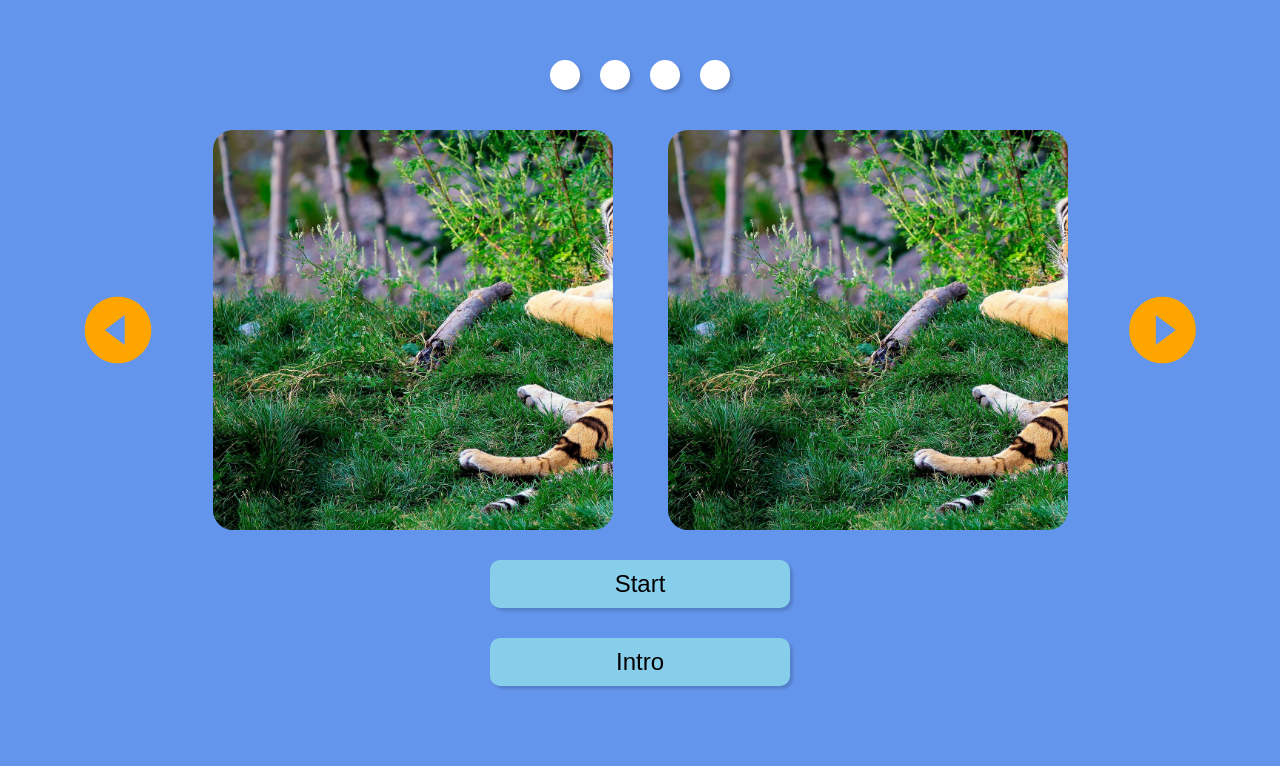
Repository: sylviaah/dynamicmidterm
Page: slider/slider.html
An editor plug-in stored every save of this project. The page is shown before and after the next save, followed by the edit.
The browser window is 1280 px wide. The pictures show the whole page.

Above is the page before, as saved 2020-03-13 13:07:38.

### slider/slider.html
<!DOCTYPE html>
<html>
    <html>
        <title>Slider</title>
        <link rel="stylesheet" href="slider.css">
        <link href="https://fonts.googleapis.com/icon?family=Material+Icons" rel="stylesheet">
    </html>
    <body>
        <div class="slider">
            <div class="slider_progress">
                <div class="progress 25"></div>
                <div class="progress 50"></div>
                <div class="progress 75"></div>
                <div class="progress 100"></div>
            </div>
            <div class="slider_slider">
                <i class="material-icons arrow_left" onclick="previous()">play_circle_filled</i>
                <div class="image_div img1">
                    <img class="instructions_image" src="imgs/img1.jpg" alt="">
                </div>
                <div class="image_div img2">
                    <img class="instructions_image" src="imgs/img1.jpg" alt="">
                </div>
                <i class="material-icons arrow_right" onclick="next()">play_circle_filled</i>
            </div>
            <div class="slider_menu">
                <div class="menu_start">Start</div>
                <div class="menu_intro">Intro</div>
            </div>
        </div>
        <script src="slider.js"></script>
    </body>
</html>

### slider/slider.css
body,html {
    margin: 0;
    background-color: cornflowerblue;
}

.slider{
    padding: 50px;
    display: flex;
    flex-direction: column;
    align-items: center;
}

.slider_progress{
    display: flex;
    margin-bottom: 30px;
}

.slider_progress div{
    width: 30px;
    height: 30px;
    margin: 10px;
    background-color: white;
    border-radius: 50%;
    box-shadow: 3px 3px 3px rgb(0, 0, 0, 0.15);
}

.slider_slider{
    display: flex;
    width: 100%;
    align-items: center;
    justify-content: space-around;
}

.material-icons.arrow_left {
    /* visibility: hidden; */
    transform: rotate(180deg);
    font-size: 80px;
    color: orange;
}

.material-icons.arrow_right {
    visibility: visible;
    color: orange;
    font-size: 80px;
}

.image_div{
    width: 400px;
    height: 400px;
    overflow: hidden;
    border-radius: 20px;
}

.image_div img{
    object-fit: cover;
    height: 400px;
}

.menu_start, .menu_intro{
    display: flex;
    width: 100px;
    margin: 30px;
    justify-content: center;
    border-radius: 10px;
    padding: 10px 100px;
    background-color:skyblue;
    font-size: 18pt;
    font-family: Arial, Helvetica, sans-serif;
    box-shadow: 3px 3px 3px rgb(0, 0, 0, 0.15);
}

Loaded but not shown: slider/slider.js (no copy from this time; the picture is the same without it)

After the next save:
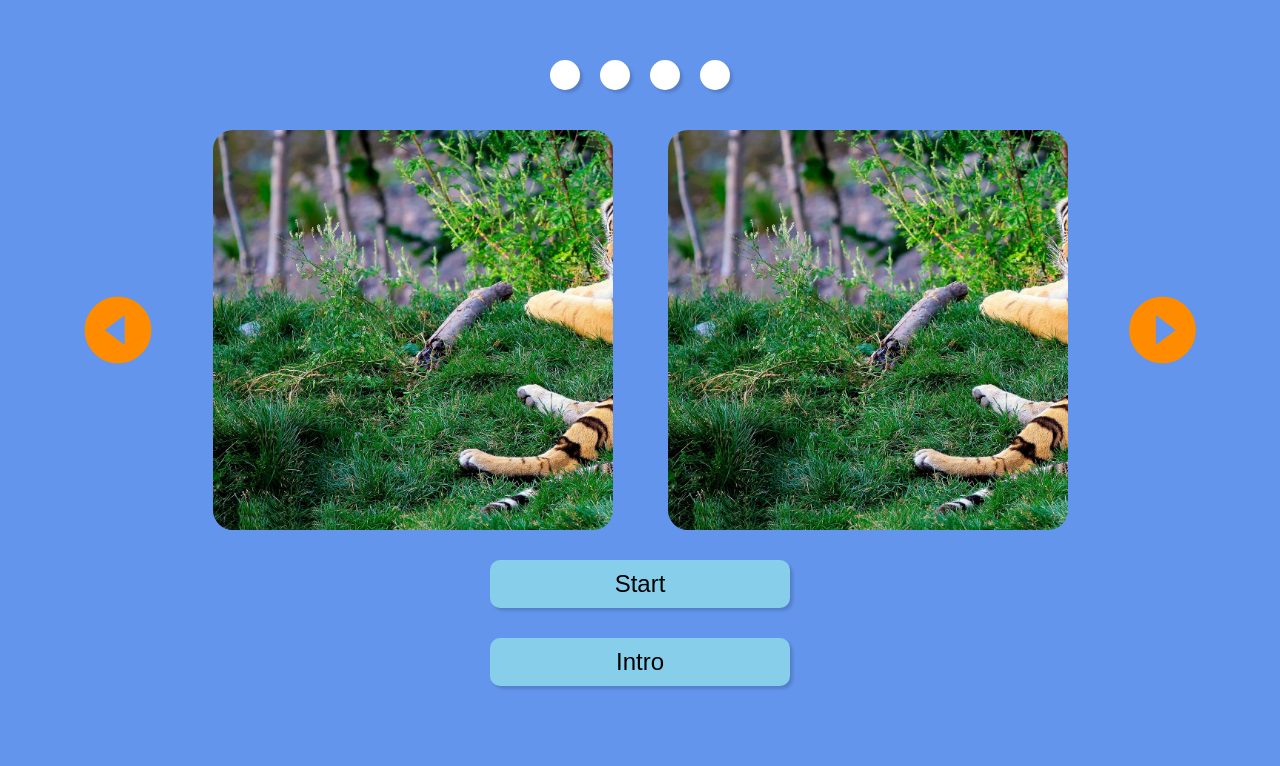
Saved 18 s later.
--- a/slider/slider.css
+++ b/slider/slider.css
@@ -35,12 +35,12 @@
     /* visibility: hidden; */
     transform: rotate(180deg);
     font-size: 80px;
-    color: orange;
+    color: darkorange;
 }
 
 .material-icons.arrow_right {
     visibility: visible;
-    color: orange;
+    color: darkorange;
     font-size: 80px;
 }
 

After the save that followed:
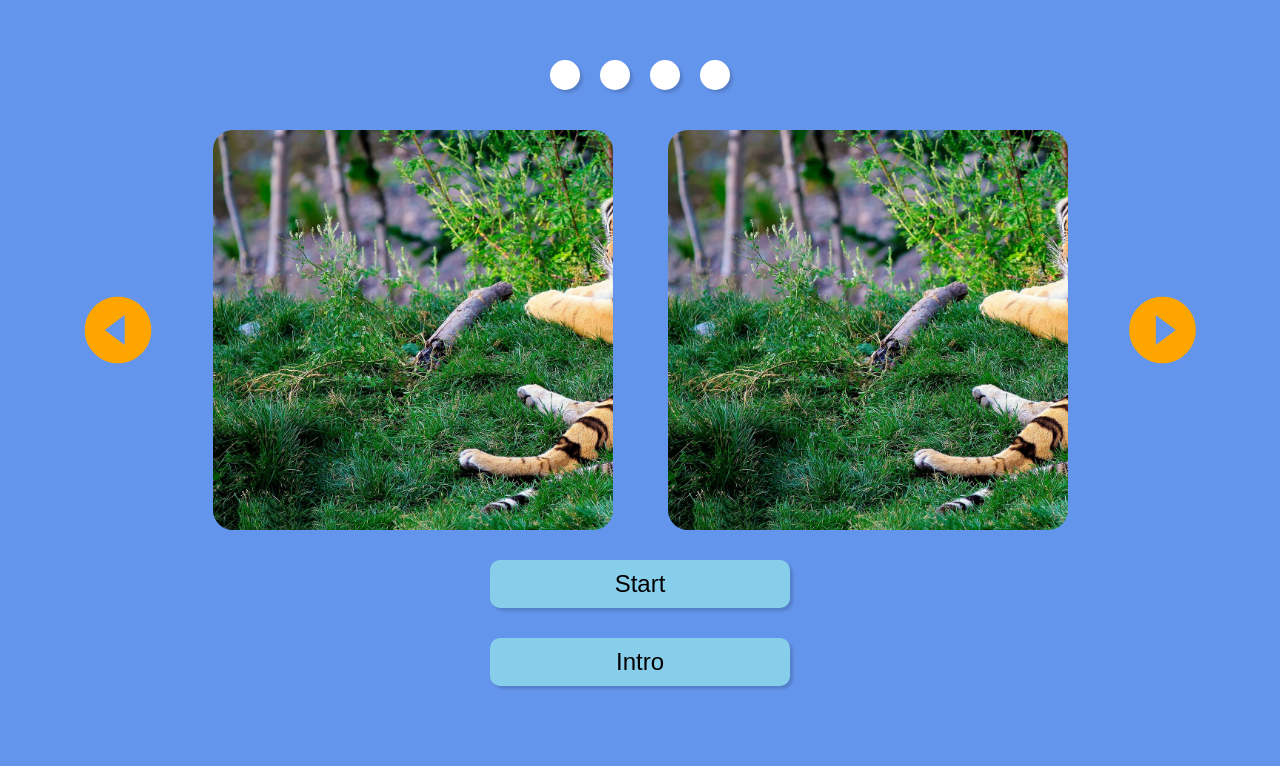
Saved 6 s later.
--- a/slider/slider.css
+++ b/slider/slider.css
@@ -35,12 +35,12 @@
     /* visibility: hidden; */
     transform: rotate(180deg);
     font-size: 80px;
-    color: darkorange;
+    color: orange;
 }
 
 .material-icons.arrow_right {
     visibility: visible;
-    color: darkorange;
+    color: orange;
     font-size: 80px;
 }
 
